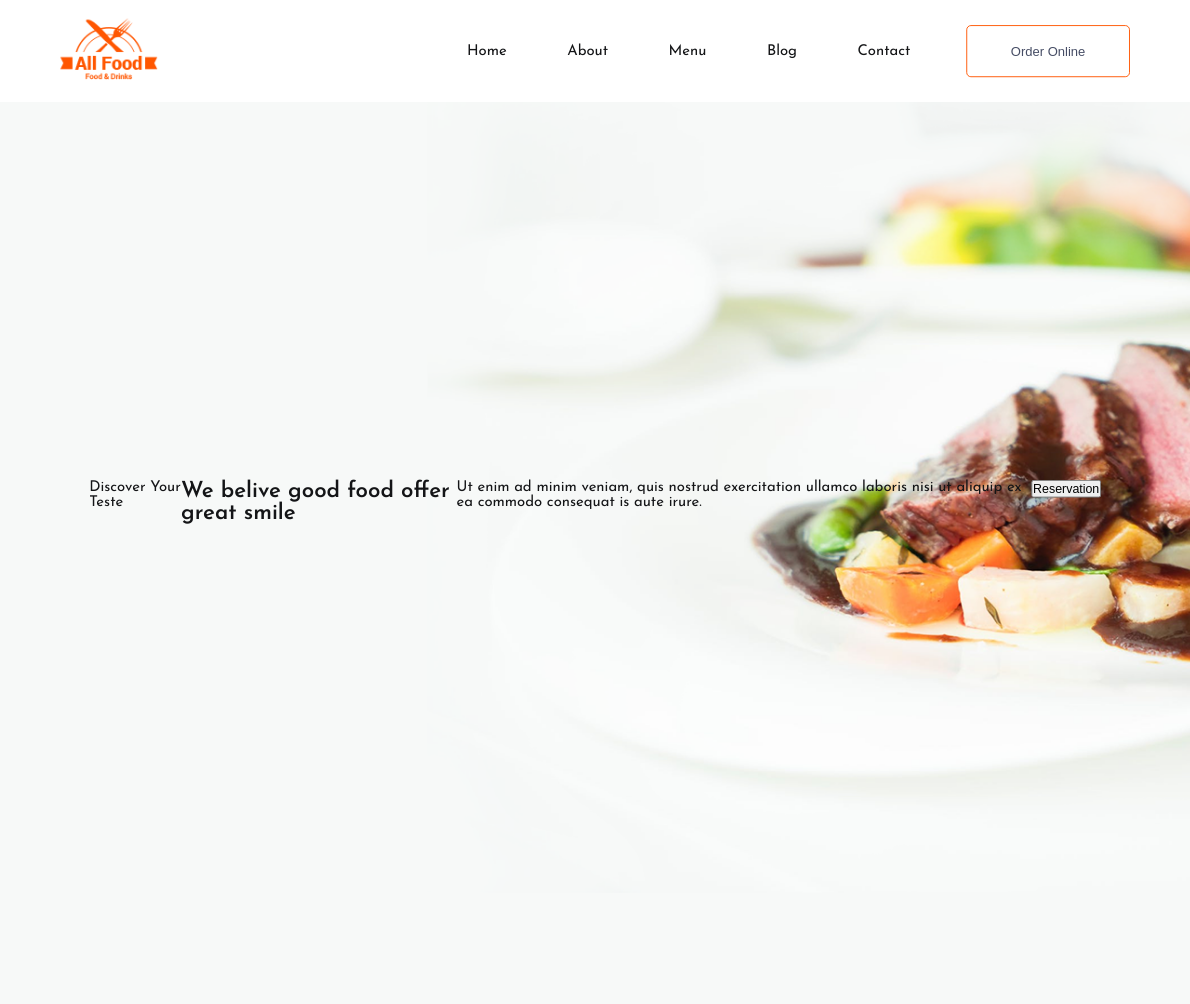
Repository: Ebtehal18/food
Page: index.html
The author's editor kept a copy of each file at every save. The page is drawn from the files as they stood at one save, then again after the next save.
The browser window is 1280 px wide. The pictures show the whole page, at 93% of full size.

Above is the page before, as saved 2024-01-16 20:50:51.

After the next save:
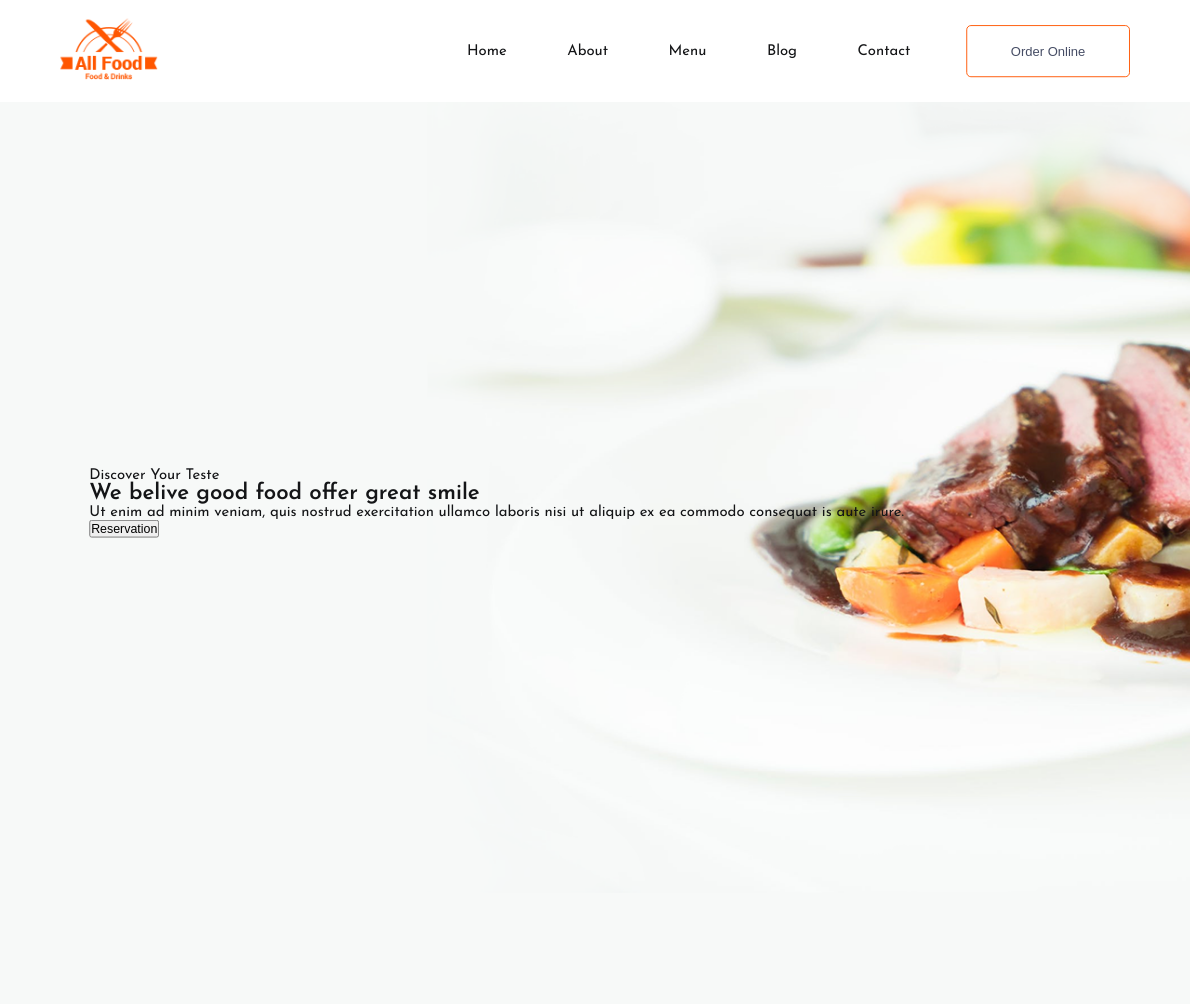
Saved 18 s later.
--- a/asessets/css/style.css
+++ b/asessets/css/style.css
@@ -159,9 +159,10 @@ body {
   background-size: cover;
   background-position: bottom;
 }
-
+.hero .row {
+  flex-direction: column;
+}
 .hero .hero-content {
-  display: ;
   margin-top: 0;
 }
 .hero .hero-content span {
